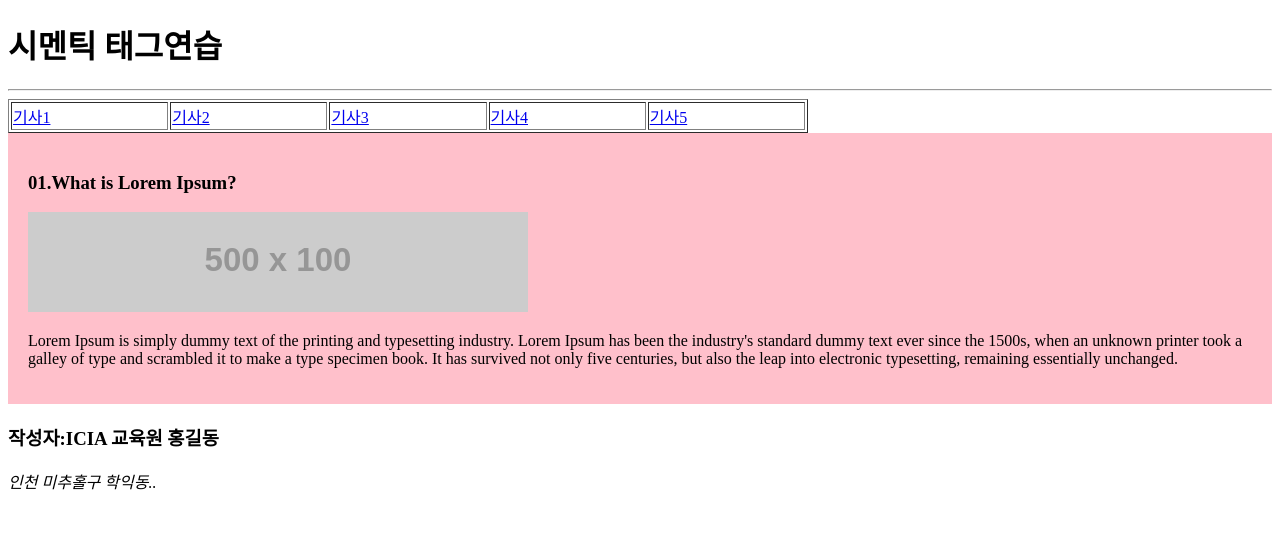
Repository: blinggg/html_git
Page: 0406/ex0406/WebContent/ex06.html
These files come from the project's save history. The page is drawn as it stood at one moment and after the next save; the edit follows.
The browser window is 1280 px wide. The pictures show the whole page.

Above is the page before, as saved 2020-04-06 07:17:58.

After the next save:
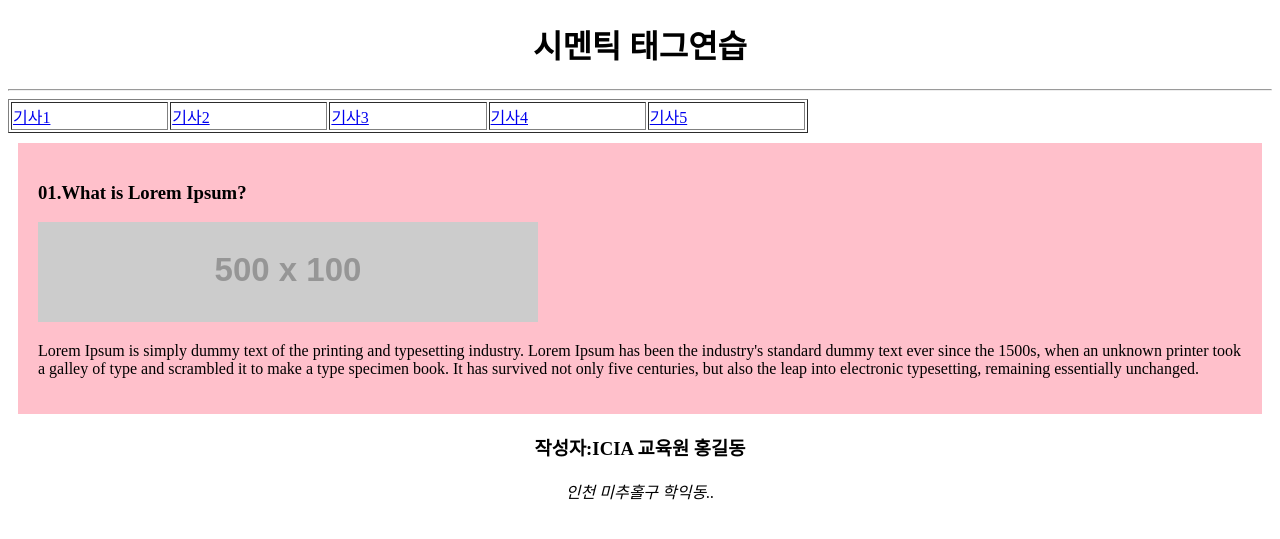
Saved 103 s later.
--- a/0406/ex0406/WebContent/ex06.html
+++ b/0406/ex0406/WebContent/ex06.html
@@ -3,7 +3,8 @@
 <head>
 <meta charset="UTF-8">
 <style>
-	article {background:yellow;padding:20px;}
+	header, footer {text-align:center;}
+	article {background:yellow;padding:20px;margin:10px;}
 	#a1, #a3, #a5{background:pink;}
 
 </style>
